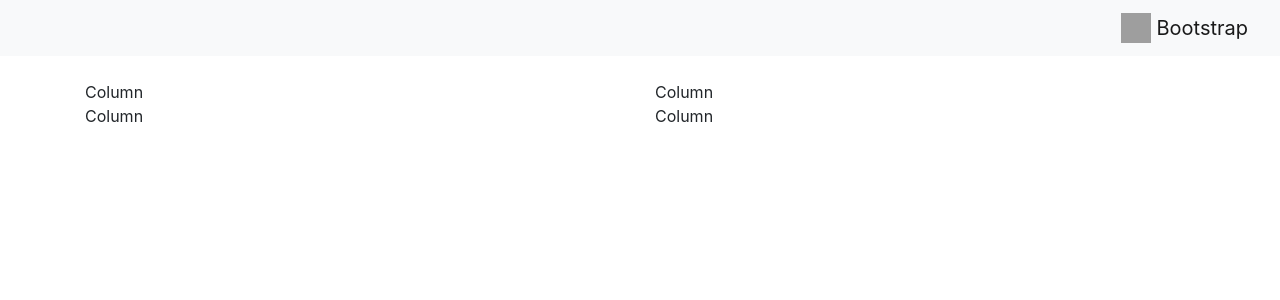
Repository: kkyler24/MCLA
Page: Home.html
An editor plug-in stored every save of this project. The page is shown before and after the next save, followed by the edit.
The browser window is 1280 px wide. The pictures show the whole page.
Pictures or frames that could not be fetched are drawn as grey boxes. Some web libraries are served in a nearby version.

Above is the page before, as saved 2020-04-20 21:05:43.

### Home.html

<!DOCTYPE html>
<html lang="en">
<head>
    <meta charset="UTF-8">
    <meta name="viewport" content="width=device-width, initial-scale=1.0">
    <title>MCLA</title>
    <!-- Boostrap Css -->
    <link rel="stylesheet" href="https://maxcdn.bootstrapcdn.com/bootstrap/4.0.0/css/bootstrap.min.css" integrity="sha384-Gn5384xqQ1aoWXA+058RXPxPg6fy4IWvTNh0E263XmFcJlSAwiGgFAW/dAiS6JXm" crossorigin="anonymous">
    <link  type="text/css" rel="stylesheet" href="Home.css">
</head>
<body>
    <header>
<!--NavBar  -->

<nav class="navbar navbar-light bg-light">
  <!-- Image Logo -->
  <div class="navbuttons">
<div id="gamesBtn" class="btn"></div>
<div id="videoBtn" class="btn"></div>
<div id="coloringBookBtn" class="btn"></div>
  </div>
    <a class="navbar-brand" href="#">
      <img src="/docs/4.0/assets/brand/bootstrap-solid.svg" width="30" height="30" class="d-inline-block align-top" alt="">
      Bootstrap
    </a>
  </nav>

  <!-- Jumbotron -->

<br>
    </header>
    <main>
      <div class="container">
        <div class="row">
          <div class="col">Column</div>
          <div class="col">Column</div>
          <div class="w-100"></div>
          <div class="col">Column</div>
          <div class="col">Column</div>
        </div>
      </div>









    </main>
<!-- footer -->
<footer>

</footer>
    <!--JS files  -->
    <script src="https://code.jquery.com/jquery-3.2.1.slim.min.js" integrity="sha384-KJ3o2DKtIkvYIK3UENzmM7KCkRr/rE9/Qpg6aAZGJwFDMVNA/GpGFF93hXpG5KkN" crossorigin="anonymous"></script>
<script src="https://cdnjs.cloudflare.com/ajax/libs/popper.js/1.12.9/umd/popper.min.js" integrity="sha384-ApNbgh9B+Y1QKtv3Rn7W3mgPxhU9K/ScQsAP7hUibX39j7fakFPskvXusvfa0b4Q" crossorigin="anonymous"></script>
<script src="https://maxcdn.bootstrapcdn.com/bootstrap/4.0.0/js/bootstrap.min.js" integrity="sha384-JZR6Spejh4U02d8jOt6vLEHfe/JQGiRRSQQxSfFWpi1MquVdAyjUar5+76PVCmYl" crossorigin="anonymous"></script>
</body>
</html>

Loaded but not shown: Home.css (empty)

After the next save:
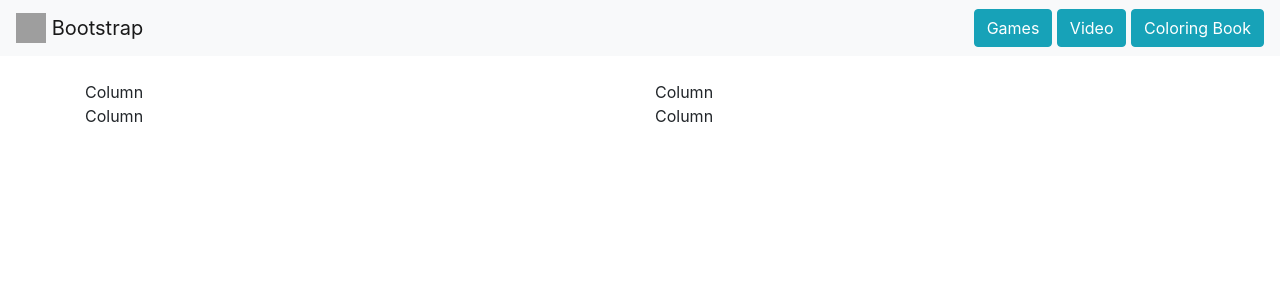
Saved 3 min 32 s later.
--- a/Home.html
+++ b/Home.html
@@ -15,15 +15,17 @@
 
 <nav class="navbar navbar-light bg-light">
   <!-- Image Logo -->
-  <div class="navbuttons">
-<div id="gamesBtn" class="btn"></div>
-<div id="videoBtn" class="btn"></div>
-<div id="coloringBookBtn" class="btn"></div>
-  </div>
     <a class="navbar-brand" href="#">
       <img src="/docs/4.0/assets/brand/bootstrap-solid.svg" width="30" height="30" class="d-inline-block align-top" alt="">
       Bootstrap
     </a>
+    <!-- end of logo -->
+    <div class="navbuttons">
+      <button  id="gamesBtn" type="button" class="btn btn-info navbuttons">Games</button>
+      <button  id="videoBtn" type="button" class="btn btn-info navbuttons">Video</button>
+      <button id="coloringBookBtn" type="button" class="btn btn-info navbuttons">Coloring Book</button>
+
+      </div>
   </nav>
 
   <!-- Jumbotron -->
